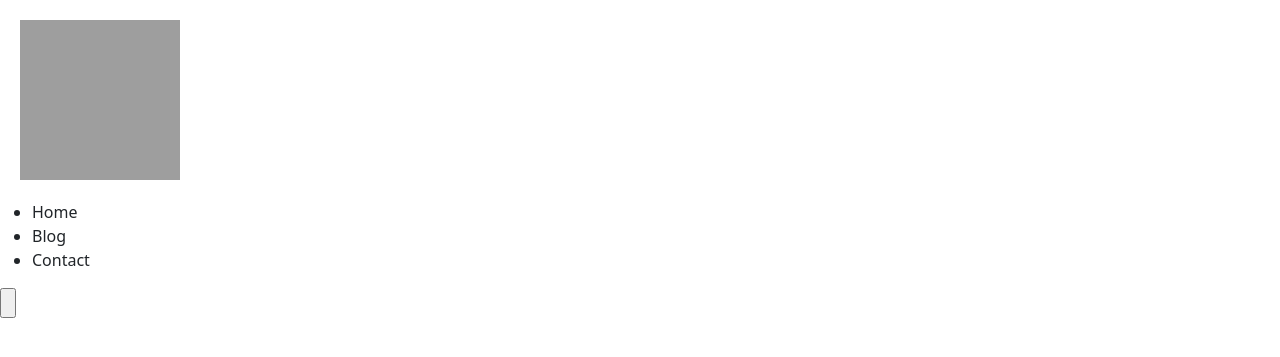
Repository: ahmad-dev7/TrendWear
Page: / (app in trend_wear_dashboard/)
An editor plug-in stored every save of this project. The page is shown before and after the next save, followed by the edit.
The browser window is 1280 px wide. The pictures show the whole page.
Pictures or frames that could not be fetched are drawn as grey boxes. The project was rebuilt for these pictures with package versions that can differ from the ones it lists, and the page was loaded fresh each time. Also part of the build but not shown: trend_wear_dashboard/vite.config.ts.

Above is the page before, as saved 2025-01-18 12:46:24.

### trend_wear_dashboard/src/App.tsx
import Menu from "./skeleton/Menu";
import ProfilePicture from "./skeleton/ProfilePicture";
import SearchButton from "./skeleton/SearchButton";

function App() {
  return (
    <>
      <ProfilePicture />
      <Menu />
      <SearchButton />
    </>
  );
}

export default App;

### trend_wear_dashboard/src/skeleton/Menu.tsx
function Menu() {
  return (
    <ul>
      <li>Home</li>
      <li>Blog</li>
      <li>Contact</li>
    </ul>
  );
}

export default Menu;

### trend_wear_dashboard/src/skeleton/ProfilePicture.tsx
import "./Skeleton.css";
function ProfilePicture() {
  return (
    <img
      className="profilePicture"
      src="/public/vite.svg"
      alt="Profile Picture"
    />
  );
}

export default ProfilePicture;

### trend_wear_dashboard/src/skeleton/SearchButton.tsx
const SearchButton = () => {
  return (
    <>
      <input type="button" value="" />
    </>
  );
};

export default SearchButton;

### trend_wear_dashboard/src/skeleton/Skeleton.css
.profilePicture {
    width: 200px;
    height: 200px;
    padding: 20px;
}

Loaded but not shown: trend_wear_dashboard/index.html (common file); trend_wear_dashboard/src/main.tsx (common file)

After the next save:
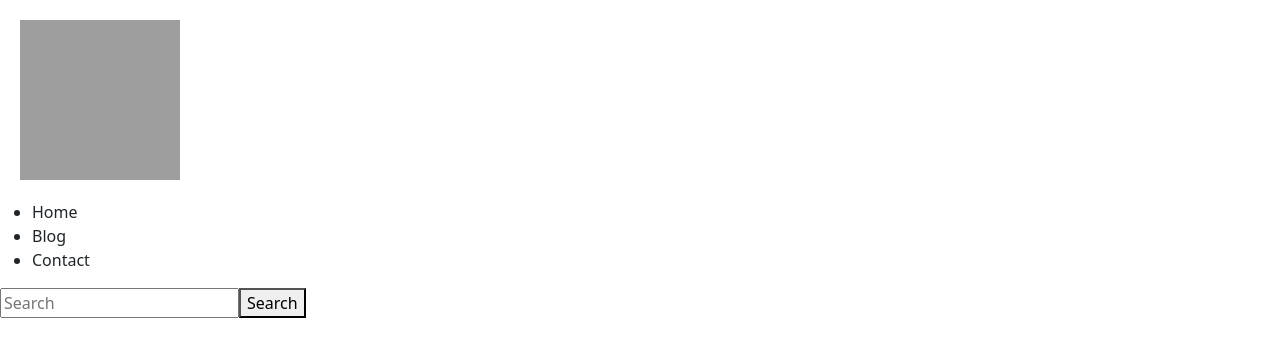
Saved 73 s later.
--- a/trend_wear_dashboard/src/skeleton/SearchButton.tsx
+++ b/trend_wear_dashboard/src/skeleton/SearchButton.tsx
@@ -1,7 +1,8 @@
 const SearchButton = () => {
   return (
     <>
-      <input type="button" value="" />
+      <input type="text" name="Search" placeholder="Search" />
+      <button type="submit">Search</button>
     </>
   );
 };
